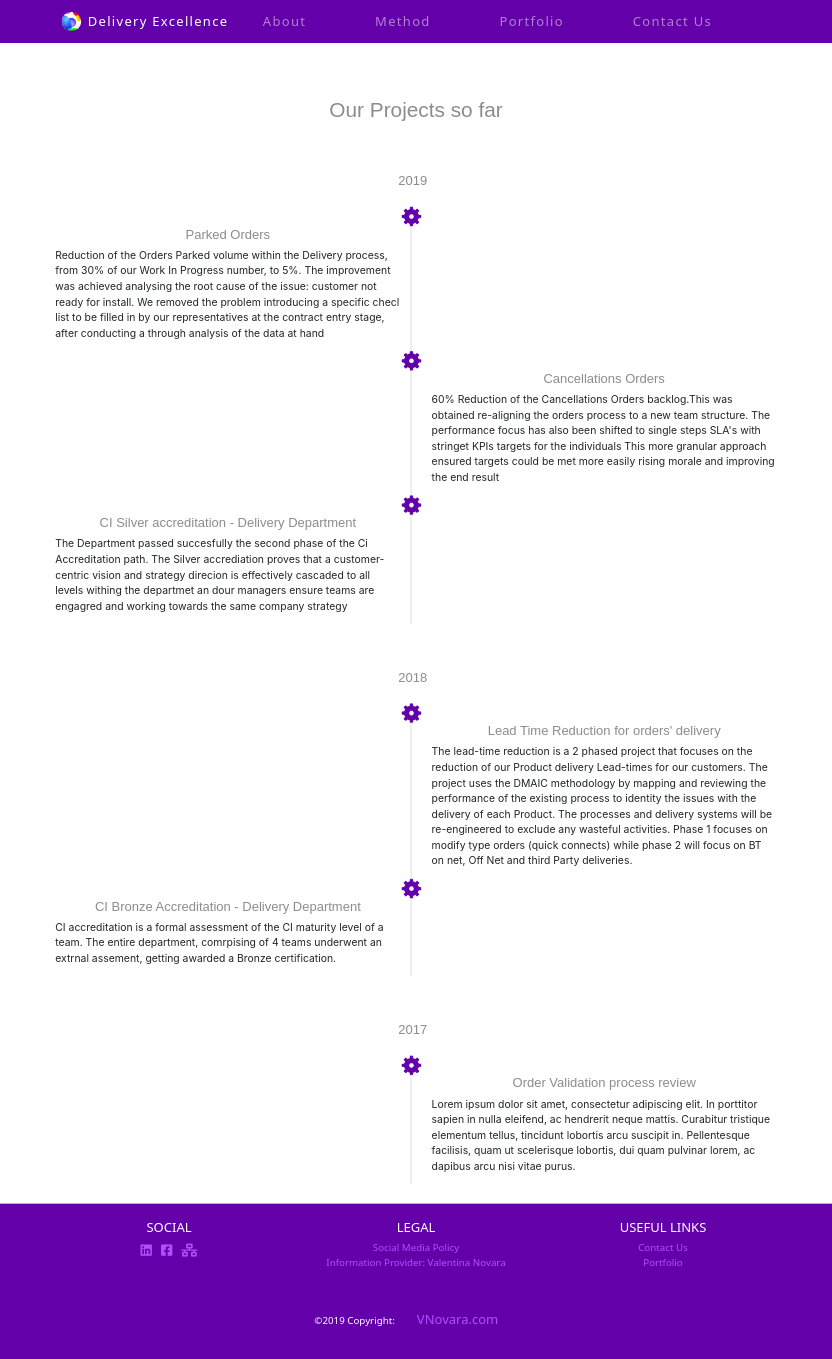
Repository: valenovi76/DeliveryExcellence
Page: portfolio.html
The author's editor kept a record of every edit. The page is drawn from the files as they stood at one moment, then again after the next edit.
The browser window is 1280 px wide. The pictures show the whole page, at 65% of full size.
Some web libraries are served in a nearby version.

Above is the page before.
Console error: ReferenceError: google is not defined

### portfolio.html
<!DOCTYPE html>
<html lang="en">
<head>
    <meta charset="UTF-8">
    <meta name="viewport" content="width=device-width, initial-scale=1.0">
    <meta http-equiv="X-UA-Compatible" content="ie=edge">
    <style>
    @import url('https://fonts.googleapis.com/css?family=Noto+Sans&display=swap');
    </style>
    <link rel="stylesheet" href="https://stackpath.bootstrapcdn.com/bootstrap/4.3.1/css/bootstrap.min.css" integrity="sha384-ggOyR0iXCbMQv3Xipma34MD+dH/1fQ784/j6cY/iJTQUOhcWr7x9JvoRxT2MZw1T" crossorigin="anonymous">
    <link rel="stylesheet" href="https://use.fontawesome.com/releases/v5.9.0/css/all.css">
    <link rel="stylesheet" href="https://cdnjs.cloudflare.com/ajax/libs/hover.css/2.3.1/css/hover-min.css" type="text/css" />
    <link rel="stylesheet" href="assets/css/style.css" type="text/css" />
    <title>Portfolio</title>
</head>
<body>

<!-- Bootstrap navbar -->
                <nav class="navbar fixed-top navbar-expand-lg navbar-dark" style="background-color: #6400AA;">
                    <div class="container">
                  <img class="logo" src="assets/images/BTlogo.jpg" width="30" height="30" alt="Bt Logo">
                  <a class="navbar-brand" href="index.html">Delivery Excellence</a>

                  <button class="navbar-toggler" type="button" data-toggle="collapse" data-target="#navbarSupportedContent" aria-controls="navbarSupportedContent" aria-expanded="false" aria-label="Toggle navigation">
                    <span class="navbar-toggler-icon"></span>
                  </button>
                  <div class="collapse navbar-collapse" id="navbarSupportedContent">
                    <ul class="navbar-nav mr-auto">

                          <li class="nav-item">
                                <a class="nav-link" href="team.html">About</a>
                          </li>
                          <li class="nav-item">
                                <a class="nav-link" href="method.html">Method</a>
                          </li>
                           <li class="nav-item">
                                <a class="nav-link" href="portfolio.html">Portfolio</a>
                          </li>
                          <li class="nav-item">
                                <a class="nav-link" href="contact.html">Contact Us</a>
                          </li>
                    </ul>
                      </div>
                      </div>
                </nav>


<div class="main-content">
    <div class="portfolio-bckgrnd">
    <div class="container">
      <div class="row">
                <div class="col-sm-12">
                    <h2>Our Projects so far</h2>

                </div>
            </div>

                <div class="row year">
                <div class="col year-portf">
                <h4>2019</h4>
                </div>
                </div>

                <div class="row parked-orders">

                    <div class="col-sm portfolio-item left-text parked-orders">
                        <h4>Parked Orders</h4>
                        <p>Reduction of the Orders Parked volume within the Delivery process, from 30% of our Work In Progress number, to 5%.
                        The improvement was achieved analysing the root cause of the issue: customer not ready for install. We removed the problem introducing
                        a specific checl list to be filled in by our representatives at the contract entry stage, after conducting a through analysis of the data at hand
                        </p>

                    </div>

                    <div class="col-sm portfolio-item right-text parked-orders">


                    </div>
                </div>
                <div class="row ceases">
                    <div class="col-sm portfolio-item left-text ceases">


                    </div>

                    <div class="col-sm portfolio-item right-text ceases">
                        <h4>Cancellations Orders</h4>
                        <p>60% Reduction of the Cancellations Orders backlog.This was obtained re-aligning the orders process to a new team structure.
                        The performance focus has also been shifted to single steps SLA's with stringet KPIs targets for the individuals
                        This more granular approach ensured targets could be met more easily rising morale and improving the end result</p>

                    </div>
                </div>
                <div class="row ci-silver">
                    <div class="col-sm portfolio-item left-text ci-silver">
                       <h4>CI Silver accreditation - Delivery Department</h4>
                        <p>The Department passed succesfully the second phase of the Ci Accreditation path.
                        The Silver accrediation proves that a customer-centric vision and strategy direcion is effectively cascaded to all levels withing the departmet
                        an dour managers ensure teams are engagred and working towards the same company strategy</p>
                    </div>

                    <div class="col-sm portfolio-item right-text ci-silver">


                    </div>
                </div>
                <div class="row year">
                <div class="col year-portf">
                <h4>2018</h4>
                </div>
                </div>
                <div class="row lead-time">
                    <div class="col-sm portfolio-item left-text ">


                    </div>
                    <div class="col-sm portfolio-item right-text">
                     <h4>Lead Time Reduction for orders' delivery</h4>
                        <p>The lead-time reduction is a 2 phased project that focuses on the reduction
                        of our Product delivery Lead-times for our customers.
                        The project uses the DMAIC methodology by mapping and reviewing the performance of
                        the existing process to identity the issues with the delivery of each Product.
                        The processes and delivery systems will be re-engineered to exclude any wasteful activities.
                        Phase 1 focuses on modify type orders (quick connects) while phase 2 will
                        focus on BT on net, Off Net and third Party deliveries.
                         </p>
                    </div>
                </div>
                <div class="row ci-bronze">
                    <div class="col-sm portfolio-item left-text">
                       <h4>CI Bronze Accreditation - Delivery Department</h4>
                        <p>CI accreditation is a formal assessment of the CI maturity level of a team.
                        The entire department, comrpising of 4 teams underwent an extrnal assement,
                        getting awarded a Bronze certification.
 </p>
                    </div>
                    <div class="col-sm portfolio-item right-text">


                    </div>
                </div>
                 <div class="row year">
                <div class="col year-portf">
                <h4>2017</h4>
                </div>
                </div>
                <div class="row order-validation">
                    <div class="col-sm portfolio-item left-text">
                    </div>
                    <div class="col-sm portfolio-item right-text">
                     <h4>Order Validation process review</h4>
                        <p>Lorem ipsum dolor sit amet, consectetur adipiscing elit.
                        In porttitor sapien in nulla eleifend, ac hendrerit neque mattis.
                        Curabitur tristique elementum tellus, tincidunt lobortis arcu suscipit in.
                        Pellentesque facilisis, quam ut scelerisque lobortis,
                        dui quam pulvinar lorem, ac dapibus arcu nisi vitae purus. </p>
                    </div>
                </div>
       </div>

</div>
</div>
      <!-- Bootstrap Footer -->
      <footer class="page-footer font-small  pt-4">
         <div class="container text-center text-md-center">
            <div class="row">
               <div class="col-sm">
                  <h5 class="text-uppercase">Social</h5>
                  <ul class="list-unstyled">
                  <li class="unstyled-icons">
                     <a class="social-icon" href="https://www.linkedin.com/company/bt" title="LinkedIn" target="_blank" rel="noopener"><i class="fab fa-linkedin"></i></a>
                  </li>
                  <li class="unstyled-icons">
                     <a class="social-icon" href="https://www.facebook.com/BTUK/"  title="FaceBook" target="_blank" rel="noopener"><i class="fab fa-facebook-square"></i></a>
                  </li>
                  <li class="unstyled-icons">
                     <a class="social-icon" href="https://intra.bt.com/" title="BT Intranet" target="_blank" rel="noopener"><i class="fas fa-network-wired"></i></a>
                  </li>
                  </ul>
               </div>
               <div class="col-sm">
                  <h5 class="text-uppercase">Legal</h5>
                  <ul class="list-unstyled">
                     <li>
                        <a   href="https://intra.bt.com/bt/group/socialmedia/Pages/Social-media-guidelines.aspx">Social Media Policy</a>
                     </li>
                     <li>
                        <a  href="https://myprofile.bt.com/person.aspx">Information Provider: Valentina Novara</a>
                     </li>
                  </ul>
               </div>
               <div class="col-sm">
                  <h5 class="text-uppercase">Useful Links</h5>
                  <ul class="list-unstyled">
                     <li>
                        <a   href="contact.html">Contact Us</a>
                     </li>
                     <li>
                        <a   href="portfolio.html">Portfolio</a>
                  </ul>
               </div>
            </div>
         </div>
            <div class="footer-copyright text-center py-3">©2019 Copyright:
            <a href="https://mdbootstrap.com/education/bootstrap/">VNovara.com</a>
         </div>
      </footer>

      <!-- Bootstrap core JavaScript
    ================================================== -->
    <!-- Placed at the end of the document so the pages load faster -->
<script src="https://cdnjs.cloudflare.com/ajax/libs/jquery/3.4.1/jquery.slim.min.js"></script>
<script src="https://cdnjs.cloudflare.com/ajax/libs/popper.js/1.15.0/umd/popper.min.js"></script>
<script src="https://cdnjs.cloudflare.com/ajax/libs/twitter-bootstrap/4.3.1/js/bootstrap.min.js"></script>
<script src="assets/js/scripts.js"></script>

</body>
</html>

### assets/css/style.css
/*--ColorPalette--*/


/*background : #C30D4C fucsia
background : #6400AA purple
background : #E60050 #E60050
background-color : #6400AA
color : #FFFFFF*?

/*--Header/Navbar--*/

.navbar {
  letter-spacing: 2px;
  font-family: "Noto sans", sans-serif;
  font-weight: lighter;
  font-size: 15px;
  color: #fafafa;
  text-align: center;
}

.navbar-brand{
  margin-right:0px;
  font-size: 1rem;
}
.nav-link {
  font-family: "Noto Sans", sans-serif;
  font-weight: 100;
  font-size: 20px;
  color: white;
  text-align: left;
}

.nav-link:hover {
  color: white;
  text-decoration: none;
}

.logo {
  border-radius: 50%;
  margin: 10px;
}

@media (min-width: 992px) {
  .navbar li {
    margin-left: 3em;
    margin-right: 3em;
  }
}

@media (min-width: 375px){
  .navbar-brand{
    font-size:1.25rem;
  }
}

/*--Footer--*/

.page-footer {
  font-family: "Noto sans", sans-serif;
  font-weight: 100;
  font-size: 15px;
  color: #ffffff;
  background-color: #6400AA;
}

.social-icon {
  color: #B54DFF;
  font-size: 20px;
  padding: 5px;
}

.unstyled-icons {
  display: inline-block;
}

.page-footer a {
  color: #B54DFF;
}

.page-footer a:hover {
  text-decoration: none;
  color: #ffffff;
}

.footer-copyright a {
  font-family: "Noto sans", sans-serif;
  font-weight: 100;
  font-size: 20px;
  color: #B54DFF;
  padding: 30px;
  display:inline-block;
}


/*--Text styles--*/
h1 {
    color: white;
    font-family: "Noto Sans", sans-serif;
    font-size: 20px;
    font-weight:400;
    margin-top:100px;
    padding:0 50px;
    text-transform: uppercase;
}


h2 {
  font-family: "Nato sans", sans-serif;
  font-weight: lighter;
  color:#8C8C8C;
  margin-top: 150px;
  text-align:center;
}

h3 {
  font-family: "Nato sans", sans-serif;
  font-weight: lighter;
  color:  #38403B;
  margin-top: 10px;
  text-align:center;
}

h4 {
  font-family: "Nato sans", sans-serif;
  font-size: 20px;
  color: #8C8C8C;
  margin-top: 30px;
  text-align: center;

}

h6 {
  font-family: "Nato sans", sans-serif;
  margin-top: 40px;
  text-align:center;
  font-weight: 600;
  color:  #38403B;
}


/*--Home Page--*/

body {
  background-color:#6400AA;
}

.bckgrnd {
  height:80vh;
  background-image: url("../images/journey2.jpg");
  background-repeat: no-repeat;
  background-size: cover;
  background-position: center center;
}

.overlay {
  background-color: rgba(0,0,0,0.3);
    width: 100%;
    height: 80vh;}


.bckgrnd p{
  color:white;
font-family:"Noto sans", sans-serif;
font-size:11px;
font-weight:400;
margin-bottom:0px;
padding:0 50px;

}

@media(min-device-width : 768px){
  .cover-title{
    font-size: 50px;
    margin-top:200px;}
  .bckgrnd p{
  font-size:25px;
  }
}



.btn-contact {
  margin-top: 20px;
    background-color: #666666;
    margin-bottom: 30px;
    margin-left: 45px;
}

/*--Contact page --*/

.main-content{
  /*background-image: url("");*/
  background-color:white;
}


.contact i {
  text-align: center;
  display: inline-block;
  width: 100%;
  font-size: 3rem;
  margin-top: 50px;
  color: #EEEEEE;
}

.phone{text-align: center;}

.ph-num {
  font-family: "Noto-sans", sans-serif;
  font-size: 20px;
  font-weight: lighter;
  color: #333333;

}


.ph-num hover {
  color: #C30D4C;
  text-decoration: none;
}

address {
  font-family: "Noto-sans", sans-serif;
  font-size: 20px;
  font-weight: lighter;
  color: #333333;
  text-align: center;
}


/*--Contact form--*/


.cont-form {
  flex-grow: 0;
  padding-top: 20px;
  padding-left:5px;
  padding-right:5px;
  text-align: center;
}

.cont-form input {
  font-family: "Noto sans", sans-serif;
  text-transform: uppercase;
  text-align:center;
  width: 100%;
  padding: 6px;
  margin-bottom: 5px;
  border: 1px solid black;
}

#message-area {
  height: 100px;
}

.btn {
  margin-top: 20px;
  background-color: #666666;
  margin-bottom: 30px;
}

.btn-primary {
    border-color: #666666;
}

.btn-primary:hover {
  background-color: #6400AA;
}



input:hover {
  background: #EEEEEE;
  color: #333333;
}


input:valid {
  border: 1px solid black;
}


/*--The team--*/

.team-page {
  text-align: center;
}

.team-member-shot {
  height: 146px;
  width: 146px;
  margin-top: 40px;
  border-radius: 50%;
  margin-left: auto;
  margin-right: auto;
  display: block;
}


.team-member-name {
  text-align: center;
  display: block;
  width: 100%;
  padding-bottom: 30px;

}

.team-p {
  text-align: center;
  color:black;
  font-weight: 300;
  font-family: "Roboto", sans-serif;
  margin-left: 10px;
  margin-right:10px;
}

.bio {
  height: 300px;
}

.pie-title {
  display: block;
  text-align: center;
}



/*--Method--*/

.define-text {
  border: 1px solid;
  border-color: #DDDDDD;
  border-top: none;
  border-right: none;
  padding-bottom: 20px;
}

.meausure-img {
  border: 1px solid;
  border-color: #DDDDDD;
  border-top: none;
  border-left: none;

}

.analyse-text {
  border: 1px solid;
  border-color: #DDDDDD;
  border-top: none;
  border-right: none;
  padding-bottom: 20px;
}

.improve-img {
  border: 1px solid;
  border-color: #DDDDDD;
  border-top: none;
  border-left: none;

}

.control{
  padding-bottom: 40px;
}
.control-text {
  border: 1px solid;
  border-color: #DDDDDD;
  border-top: none;
  border-right: none;
  padding-bottom: 20px;
}

.method-item-number {
  font-size: 5.584rem;
  color: #e1e1e1;
  left: 0;
  top: 0;
  -webkit-transform: translate(-127%, -21%);
  -ms-transform: translate(-127%, -21%);
  transform: translate(-127%, -21%);
  font-family: Noto Sans, sans-serif;
  font-weight: 800;
  background-color: #fff;
}

.method-img {
    display: block;
    margin: 30px auto 30px auto;
    width: 35%;
    padding-top: 30px;
}


@media(max-width: 600px){
  .method-img{
  display: none;}
}

/*--Portfolio--*/





.right-text{
  padding-left:30px;
}
.year {
    text-align: center;
    padding-right: 10px;
    margin-top: 40px;
    margin-bottom: 20px;
}

.order-validation{
  padding-bottom: 30px;
}

@media (min-width:420px) {
  .left-text {
  border: 3px solid;
  border-color: #EEEEEE;
  border-left: none;
  border-top: none;
  border-bottom: none;}
  .left-text:before {
   content: "";
  width: 30px;
  height: 30px;
  background-image: url("../images/purplegear.png");
  background-size: contain;
  background-color: white;
  position: absolute;
  right: -17px;
  top: 0;
}
}

### assets/js/scripts.js
      // Load Charts and the corechart package.
      google.charts.load('current', {'packages':['corechart']});

      // Draw the pie chart for Michelle's pizza when Charts is loaded.
      google.charts.setOnLoadCallback(drawMichelleChart);

      // Draw the pie chart for the Karen's pizza when Charts is loaded.
      google.charts.setOnLoadCallback(drawKarenChart);

      // Draw the pie chart for the Vale's pizza when Charts is loaded.
      google.charts.setOnLoadCallback(drawValeChart);

      // Callback that draws the pie chart for Michelle's pizza.
      function drawMichelleChart() {

        // Create the data table for Michelle's pizza.
        var data = new google.visualization.DataTable();
        data.addColumn('string', 'Skills');
        data.addColumn('number', '%');
        data.addRows([
          ['Project Management', 5],
          ['Six ∑', 4],
          ['Lean Pract.', 2],
          ['CI Coaching', 5],
        ]);

        // Set options for Michelle's pie chart.
        var options = {legend:'left',
                       colors: ['#6300AA', '#B54DFF', '#9500FF', '#5A2680', '#7700CC'],
                       fontSize:11,
                       pieSliceText:'percentage',
                       sliceVisibilityThreshold:1/720,

        };

        // Instantiate and draw the chart for Michelle's pizza.
        var chart = new google.visualization.PieChart(document.getElementById('Michelle_chart_div'));
        chart.draw(data, options);
      }

      // Callback that draws the pie chart for Karen's pizza.
      function drawKarenChart() {

        // Create the data table for Karen's pizza.
        var data = new google.visualization.DataTable();
        data.addColumn('string', 'Skills');
        data.addColumn('number', '%');
        data.addRows([
          ['Project Management', 3],
          ['Six ∑', 4],
          ['CI Coaching', 4],
          ['Data Analytics', 3]
        ]);

        // Set options for Karen's pie chart.
        var options = {
          legend:'left',
          colors: ['#6300AA', '#B54DFF','#9500FF'],
          fontSize:11,
        };

        // Instantiate and draw the chart for Karen's pizza.
        var chart = new google.visualization.PieChart(document.getElementById('Karen_chart_div'));
        chart.draw(data, options);

      }

        // Callback that draws the pie chart for Vale's pizza.
      function drawValeChart() {

        // Create the data table for Vale's pizza.
        var data = new google.visualization.DataTable();
        data.addColumn('string', 'Skills');
        data.addColumn('number', '%');
        data.addRows([
          ['SQL', 2],
          ['HTML', 2],
          ['CSS', 2],
          ['Six ∑', 0],
          ['Vba', 3]
        ]);

        // Set options for Vale's pie chart.
        var options = {
          legend:'left',
          colors: ['#6300AA', '#B54DFF', '#9500FF', '#5A2680', '#7700CC'],
          fontSize:11,
        };

        // Instantiate and draw the chart for Vale's pizza.
        var chart = new google.visualization.PieChart(document.getElementById('Vale_chart_div'));
        chart.draw(data, options);
      }

After the next edit:
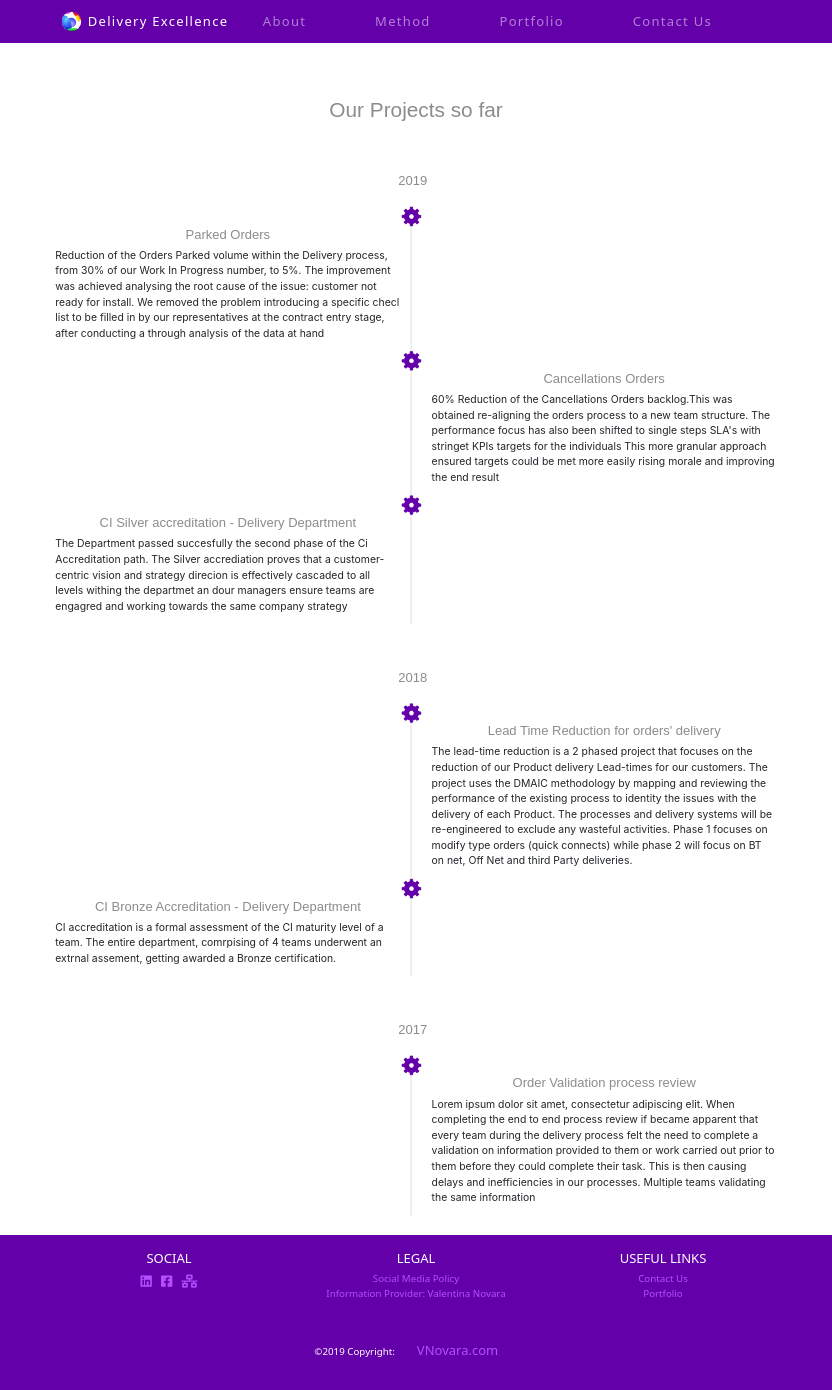
The edit:
--- a/portfolio.html
+++ b/portfolio.html
@@ -150,10 +150,11 @@
                     <div class="col-sm portfolio-item right-text">
                      <h4>Order Validation process review</h4>
                         <p>Lorem ipsum dolor sit amet, consectetur adipiscing elit.
-                        In porttitor sapien in nulla eleifend, ac hendrerit neque mattis.
-                        Curabitur tristique elementum tellus, tincidunt lobortis arcu suscipit in.
-                        Pellentesque facilisis, quam ut scelerisque lobortis,
-                        dui quam pulvinar lorem, ac dapibus arcu nisi vitae purus. </p>
+                        When completing the end to end process review if became apparent that every team
+                        during the delivery process felt the need  to complete a validation on information provided to them or work carried out prior to them before they could complete their task.
+                        This is then causing delays and inefficiencies in our processes.
+                        Multiple teams validating the same information
+                         </p>
                     </div>
                 </div>
        </div>
